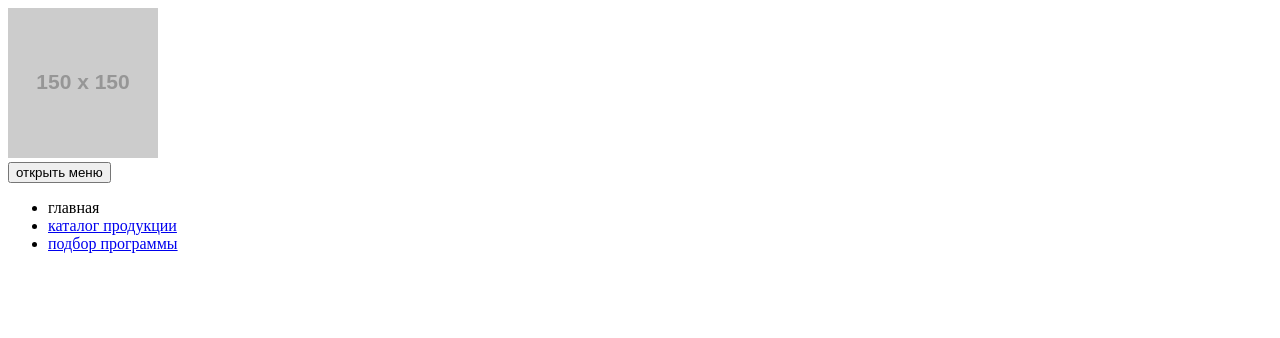
Repository: svetlana2885/1411135-cat-energy-20
Page: source/catalog.html
These files come from the project's save history. The page is drawn as it stood at one moment and after the next save; the edit follows.
The browser window is 1280 px wide. The pictures show the whole page.

Above is the page before, as saved 2020-07-19 19:24:37.

After the next save:
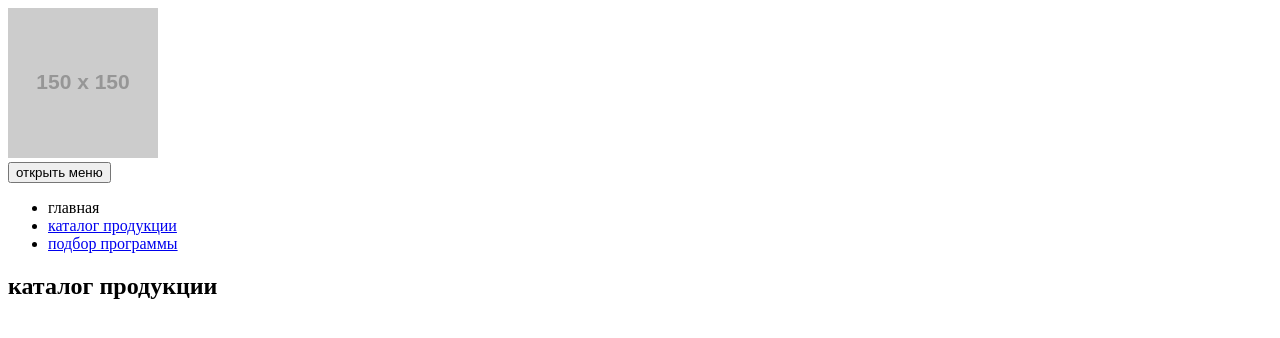
Saved 9 min 54 s later.
--- a/source/catalog.html
+++ b/source/catalog.html
@@ -32,5 +32,9 @@
         </div>
       </nav>
     </header>
+    <section class="catalog">
+      <h2 class="catalog__subtitle">каталог продукции</h2>
+      <ul class="catalog-list"></ul>
+    </section>
   </body>
 </html>
